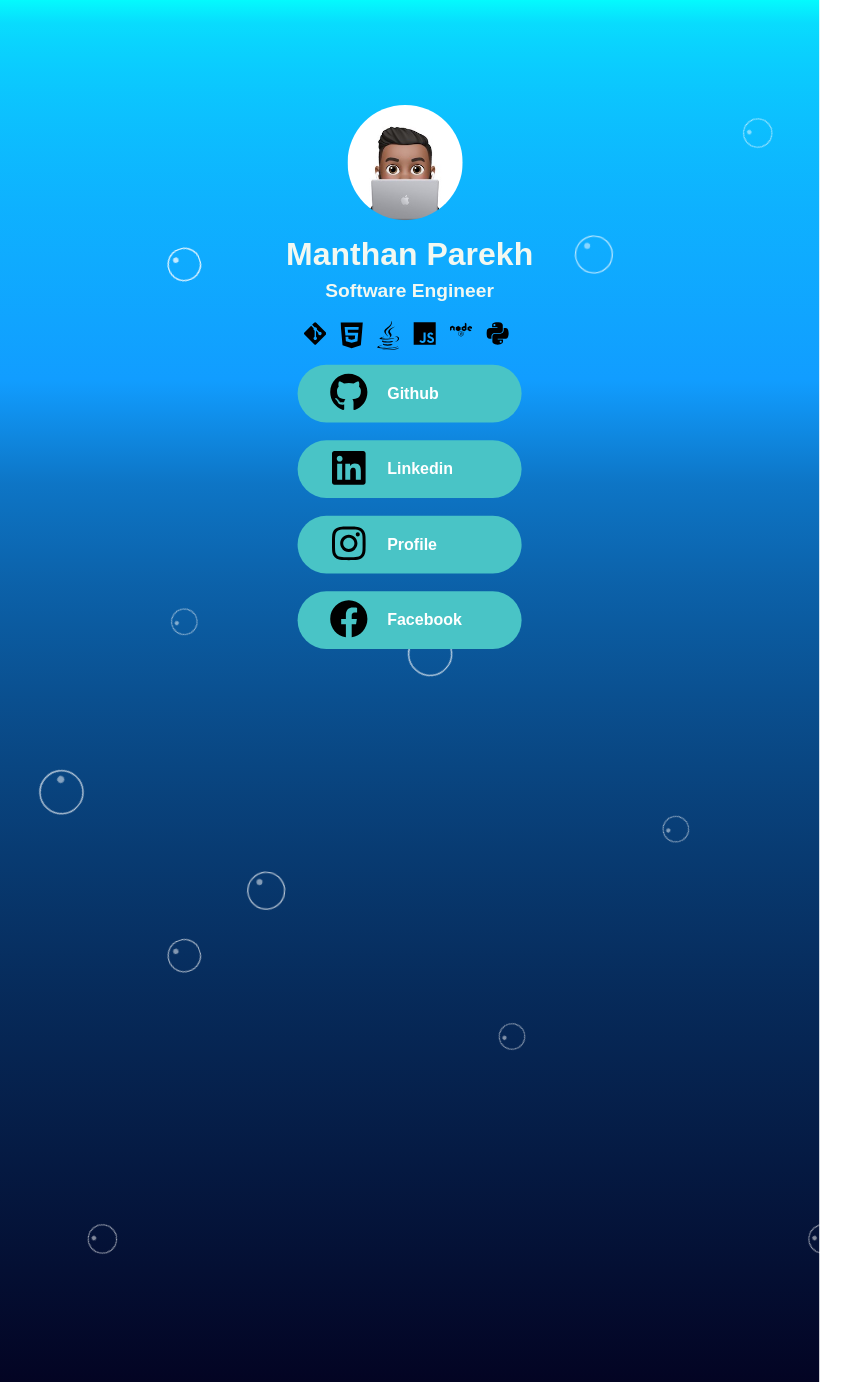
Repository: manthanparekh/linktree-clone
Page: index.html
These files come from the project's save history. The page is drawn as it stood at one moment and after the next save; the edit follows.
The browser window is 1280 px wide. The page is 1319 px wide, so the pictures cover 1319 px, including what lies to the right of the window. The pictures show the whole page, at 64% of full size.
Some web fonts or font styles are not loaded; a fallback is used.

Above is the page before, as saved 2023-05-23 15:57:16.

### index.html
<!DOCTYPE html>
<html lang="eng">
    <head>
        <meta charset="UTF-8">
        <meta name="viewport" content="width=device-width, initial-scale=1.0">
        <title>Link sites</title>
        <link rel="stylesheet" type="text/css" href="style/view.css">
        <link rel="stylesheet" type="text/css" href="style/block-information.css">
        <link rel="stylesheet" type="text/css" href="style/responsive.css">
        <link rel="icon" type="image/png" href="/img/android-chrome-192x192.png">
    </head>
    <body>
        <div class="container">
            <div class="wrapper">
                <div><span class="dot"></span></div>
                <div><span class="dot"></span></div>
                <div><span class="dot"></span></div>
                <div><span class="dot"></span></div>
                <div><span class="dot"></span></div>
                <div><span class="dot"></span></div>
                <div><span class="dot"></span></div>
                <div><span class="dot"></span></div>
                <div><span class="dot"></span></div>
                <div><span class="dot"></span></div>
                <div><span class="dot"></span></div>
                <div><span class="dot"></span></div>
                <div><span class="dot"></span></div>
                <div><span class="dot"></span></div>
                <div><span class="dot"></span></div>
            </div>
            <div class="align-block">
                <div class="block">
                    <main class="content">
                        <div class="personal-information">
                            <img src="./img/D03E815A-EB22-4023-A4E1-EEF42EFE75E2.jpeg" alt="emoji representing Manthan Parekh">
                            <h1>Manthan Parekh</h1>
                            <h3>Software Engineer</h3>
                        </div>

                        <div class="coding-icon">
                            <div class="icon-horizontal"><img class="code-icon" src="./img/git-alt-icon.svg" alt="git icon"></div>
                            <div class="icon-horizontal"><img class="code-icon" src="./img/html5-icon.svg" alt="html5 icon"></div>
                            <div class="icon-horizontal"><img class="code-icon" src="./img/java-icon.svg" alt="java icon"></div>
                            <div class="icon-horizontal"><img class="code-icon" src="./img/js-icon.svg" alt="js icon"></div>
                            <div class="icon-horizontal"><img class="code-icon" src="./img/node-icon.svg" alt="node.js icon"></div>
                            <div class="icon-horizontal"><img class="code-icon" src="./img/python-icon.svg" alt="python icon"></div>
                        </div>

                        <div class="redirect">
                            <a href="https://github.com/manthanparekh">
                                <div class="redirect-media click-here">
                                    <div>
                                        <img class="icon" src="./img/github-icon.svg" alt="Click here to be redirected to Manthan Parekh's github profile">
                                    </div>
                                    <div>
                                        <p>Github</p>
                                    </div>
                                </div>
                            </a>
                            <a href="https://www.linkedin.com/in/manthanparekh01">
                                <div class="redirect-media click-here">
                                    <div>
                                        <img class="icon" src="./img/linkedin-icon.svg" alt="Click here to be redirected to Manthan Parekh's linkedin profile">
                                    </div>
                                    <div>
                                        <p>Linkedin</p>
                                    </div>
                                </div>
                            </a>
                            <a href="https://www.instagram.com/manthanparekh/">
                                <div class="redirect-media click-here">
                                    <div>
                                        <img class="icon" src="./img/instagram-icon.svg" alt="Click here to be redirected to Manthan Parekh instagram">
                                    </div>
                                    <div>
                                        <p>Profile</p>
                                    </div>
                                </div>
                            </a>
                            <!--
                            <a href="https://www.instagram.com/manthanparekh/">
                                <div class="redirect-media click-here">
                                    <div>
                                        <img class="icon" src="./img/instagram-icon.svg" alt="Click here to be redirected to Manthan Parekh instagram">
                                    </div>
                                    <div>
                                        <p>Code</p>
                                    </div>
                                </div>
                            </a>
                        -->
                            <a href="https://www.facebook.com/manthan.parekh.35">
                                <div class="redirect-media click-here">
                                    <div>
                                        <img class="icon" src="./img/facebook-icon.svg" alt="Click here to be redirected to Manthan Parekh facebook">
                                    </div>
                                    <div>
                                        <p>Facebook</p>
                                    </div>
                                </div>
                            </a>
                        </div>
                    </main>
                </div>
            </div>
        </div>
    </body>
</html>

### style/view.css
* {
    margin: 0;
    padding: 0;
}

.wrapper {
    height: 300%;
    width: 100%;
    background: linear-gradient(180deg, #04fafd, 5%, #119dff, 50%, #030423);
    position: absolute;
}

.wrapper h1 {
    top: 50%;
    left: 50%;
    transform: translate(-50%, -50%);
    position: absolute;
    font-family: sans-serif;
    letter-spacing: 1px;
    word-spacing: 2px;
    color: #fff;
    font-size: 40px;
    font-weight: 888;
    text-transform: uppercase;
}

.wrapper div {
    height: 60px;
    width: 60px;
    border: 2px solid rgba(255, 255, 255, 0.7);
    border-radius: 50px;
    position: absolute;
    top: 10%;
    left: 10%;
    animation: 4s linear infinite;
}

div .dot {
    height: 10px;
    width: 10px;
    border-radius: 50px;
    background: rgba(255, 255, 255, 0.5);
    position: absolute;
    top: 20%;
    right: 20%;
}
.wrapper div:nth-child(1) {
    top: 20%;
    left: 20%;
    animation: animate 8s linear infinite;
}

.wrapper div:nth-child(2) {
    top: 60%;
    left: 80%;
    animation: animate 10s linear infinite;
}
.wrapper div:nth-child(3) {
    top: 40%;
    left: 40%;
    animation: animate 3s linear infinite;
}
.wrapper div:nth-child(4) {
    top: 66%;
    left: 30%;
    animation: animate 7s linear infinite;
}
.wrapper div:nth-child(5) {
    top: 90%;
    left: 10%;
    animation: animate 9s linear infinite;
}
.wrapper div:nth-child(6) {
    top: 30%;
    left: 60%;
    animation: animate 5s linear infinite;
}
.wrapper div:nth-child(7) {
    top: 70%;
    left: 20%;
    animation: animate 8s linear infinite;
}
.wrapper div:nth-child(8) {
    top: 75%;
    left: 60%;
    animation: animate 10s linear infinite;
}
.wrapper div:nth-child(9) {
    top: 50%;
    left: 50%;
    animation: animate 6s linear infinite;
}
.wrapper div:nth-child(10) {
    top: 45%;
    left: 20%;
    animation: animate 10s linear infinite;
}
.wrapper div:nth-child(11) {
    top: 10%;
    left: 90%;
    animation: animate 9s linear infinite;
}
.wrapper div:nth-child(12) {
    top: 20%;
    left: 70%;
    animation: animate 7s linear infinite;
}
.wrapper div:nth-child(13) {
    top: 20%;
    left: 20%;
    animation: animate 8s linear infinite;
}
.wrapper div:nth-child(14) {
    top: 60%;
    left: 5%;
    animation: animate 6s linear infinite;
}
.wrapper div:nth-child(15) {
    top: 90%;
    left: 80%;
    animation: animate 9s linear infinite;
}

.wrapper div:nth-child(16) {
    top: 10%;
    left: 12%;
    animation: animate 9s linear infinite;
}
.wrapper div:nth-child(17) {
    top: 95%;
    left: 60%;
    animation: animate 9s linear infinite;
}
.wrapper div:nth-child(15) {
    top: 90%;
    left: 98%;
    animation: animate 9s linear infinite;
}


@keyframes animate {
    0% {
        transform: scale(0) translateY(0) rotate(70deg);
    }
    100% {
        transform: scale(1.3) translateY(-100px) rotate(360deg);
    }
}

### style/block-information.css
@import url('https://fonts.googleapis.com/css?family=Courgette');
@import url('https://fonts.cdnfonts.com/css/bruno-ace-sc');

html{
    scroll-behavior: smooth;
}

body::-webkit-scrollbar {
    width: 12px
}

body::-webkit-scrollbar-thumb {
    background-color: #472dbd;
    border-radius: 10px;
}

div.align-block{
    display: flex;
    justify-content: center;
    align-items: center;
}

.block{
    z-index: 2;
    margin-top: 5%;
    display: flex;
    justify-content: center;
    align-items: center;
}

main.content{
    width: 500px;
    height: 1000px;
    border-radius: 10px;
    display: flex;
    flex-direction: column;
    align-items: center;
    justify-content: center;
    z-index: 2;
    margin-top: 5%;
    display: flex;
    justify-content: center;
    align-items: center;;
}

div.personal-information img{
    width: 180px;
    height: 180px;
    border-radius: 70%;
    margin-left: 25%;
    margin-bottom: 5%;

}

div.personal-information h1{
    font-family: 'Poppins', sans-serif;
    color: #f2f8f1;
    font-size: 50px;
    text-align: center;
    margin-bottom: 3%;
}

div.personal-information h3{
    font-size: 30px;
}

div.personal-information h3,
div.personal-information p{
    font-family: 'Poppins', sans-serif;
    color: #f2f8f1;
    text-align: center;
    margin-bottom: 6%;
}

div.icon-horizontal {
    height: 30px;
    width: 35px;
    padding: 6px;
    float: left;
    margin-right: 10px;
    margin-bottom: 5px;
}

div.click-here{
    width: 350px;
    height: 90px;
    background-color: #49c4c6;
    border-radius: 50px;
    margin-top: 8%;
}

div.click-here p{
    font-family: 'Bruno Ace SC', sans-serif;
    font-weight: 700;
    font-size: 25px;
    color: #FFFFFF;
    text-align: center;
    margin-left: 30px;
}

.redirect-media{
    display: flex;
    align-items: center;
}

a{
    text-decoration: none;
}

img.icon{
    width: 60px;
    height: 60px;
    margin-left: 50px;
}

p.subtitles{
    font-family: 'Poppins', sans-serif;
    font-weight: 700;
    color: #353839;
    text-align: center;
    margin-top: 40px;
}

div.no-icon p{
    margin-left: 0px;
}

div.no-icon p.align-text{
    width: 300px;
    text-align: center;
}

### style/responsive.css
@media(max-width: 500px) {
    .block{
        z-index: 2;
        margin-top: 5%;
    }

    main.content{
        width: 350px;
        height: 900px;
    }

    div.personal-information img {
        width: 150px;
        height: 150px;
        border-radius: 50%;
        margin-top: 10px;
        margin-left: 25%;
        margin-bottom: 10px;
    }

    div.click-here{
        width: 300px;
        height: 60px;
        background-color: #22c1c3;
        border-radius: 50px;
        margin-top: 5%;
    }

    img.icon{
        width: 0px;
        height: 30px;
    }

}

After the next save:
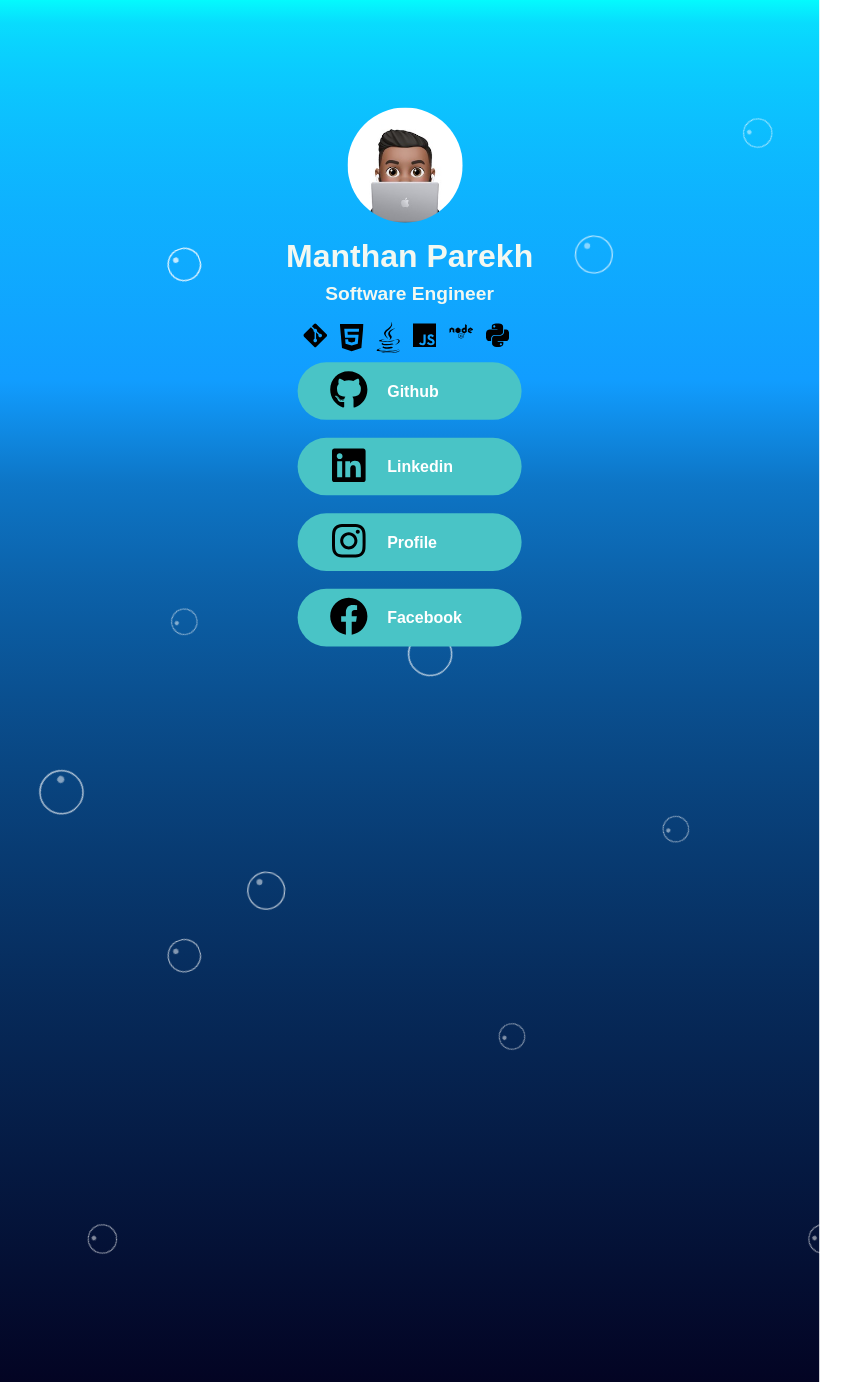
Saved 69 s later.
--- a/style/block-information.css
+++ b/style/block-information.css
@@ -74,11 +74,10 @@
 
 div.icon-horizontal {
     height: 30px;
-    width: 35px;
-    padding: 6px;
+    width: 37px;
+    padding: 5px;
     float: left;
     margin-right: 10px;
-    margin-bottom: 5px;
 }
 
 div.click-here{
